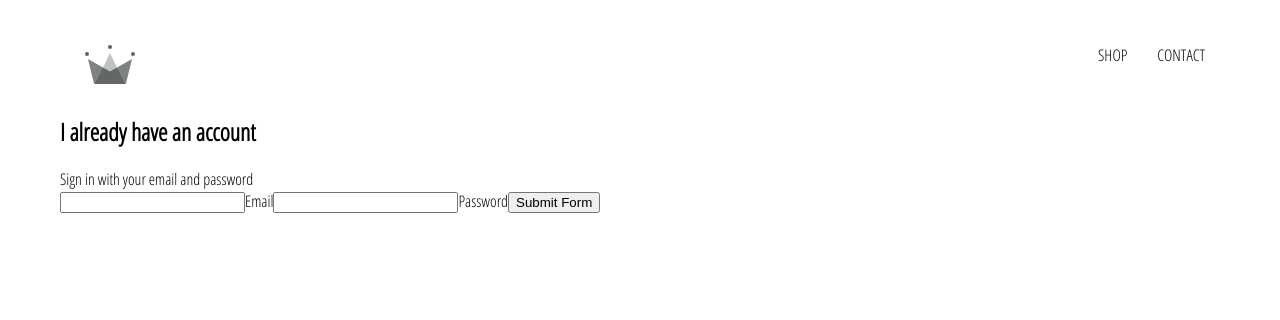
Repository: chonax/crwn-clothing
Page: /signin
An editor plug-in stored every save of this project. The page is shown before and after the next save, followed by the edit.
The browser window is 1280 px wide. The pictures show the whole page.
The project was rebuilt for these pictures with package versions that can differ from the ones it lists, and the page was loaded fresh each time. Also part of the build but not shown: src/components/menu-item/menu-item.styles.scss, src/components/menu-item/menu-item.component.jsx, src/components/directory/directory.styles.scss, src/components/directory/directory.component.jsx, src/pages/homepage/homepage.styles.scss, src/pages/homepage/homepage.component.jsx, src/pages/shop/shop.data.js, src/components/collection-item/collection-item.styles.scss and 5 more.

Above is the page before, as saved 2021-01-17 17:25:24.

After the next save:
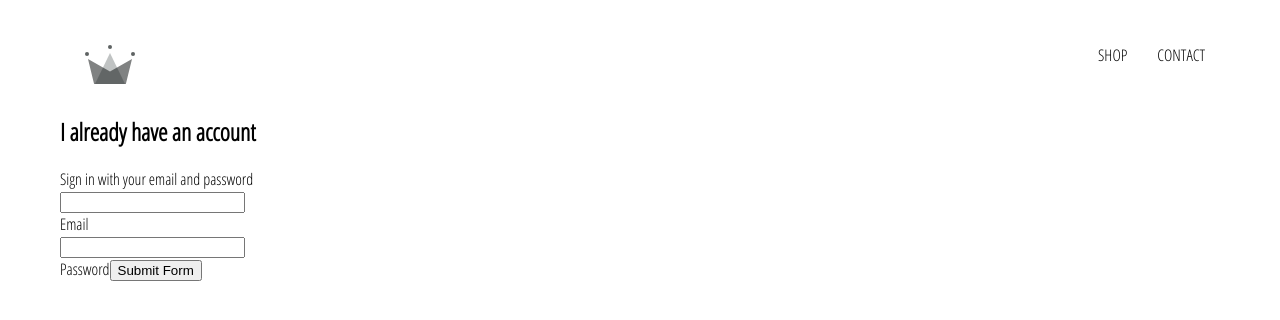
Saved 39 s later.
--- a/src/components/sign-in/sign-in.component.jsx
+++ b/src/components/sign-in/sign-in.component.jsx
@@ -34,7 +34,7 @@ class SignIn extends React.Component {
         <span>Sign in with your email and password</span>
 
         <form onSubmit={this.handleSubmit}>
-          <input
+          <FormInput
             name='email'
             type='email'
             value={this.state.email}
@@ -42,7 +42,7 @@ class SignIn extends React.Component {
             required
           />
           <label>Email</label>
-          <input
+          <FormInput
             name="password"
             type="password"
             value={this.state.password}
